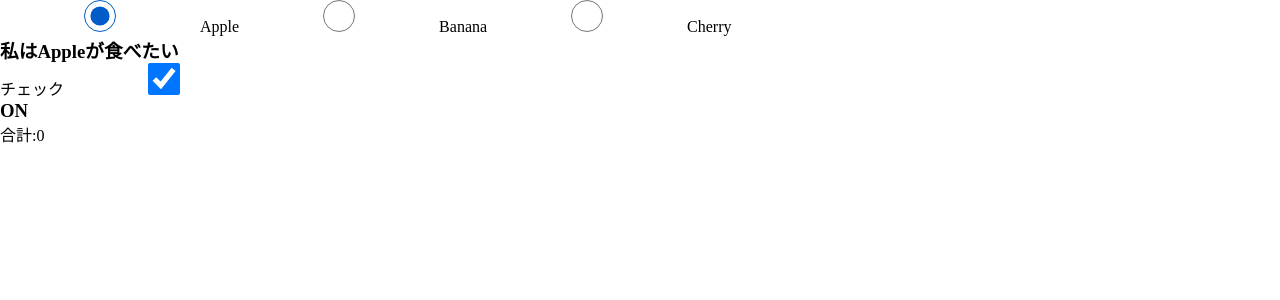
Repository: FujieRyou/react_practice
Page: /
An editor plug-in stored every save of this project. The page is shown before and after the next save, followed by the edit.
The browser window is 1280 px wide. The pictures show the whole page.
The project was rebuilt for these pictures with package versions that can differ from the ones it lists, and the page was loaded fresh each time. Also part of the build but not shown: vite.config.js, src/components/testComponent.jsx, src/components/todoComponent.jsx, src/components/countUp.jsx, src/components/switchFlag.jsx, src/components/props1.jsx, src/components/profile.jsx, src/components/ivent.jsx and 5 more.

Above is the page before, as saved 2023-01-25 04:35:55.

After the next save:
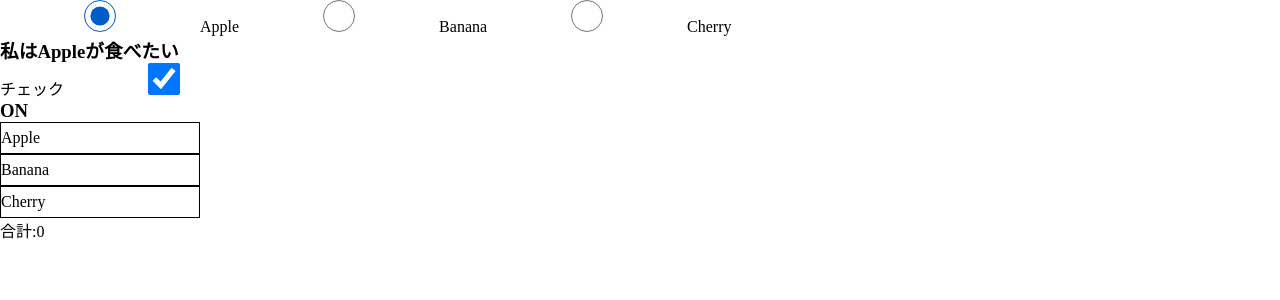
Saved 4 min 22 s later.
--- a/src/components/checkBoxs.jsx
+++ b/src/components/checkBoxs.jsx
@@ -11,6 +11,19 @@ const CheckBoxs = () =>{
 
     return(
         <div>
+            {
+                fruit.map((fruit => {
+                    return(
+                        <div>
+                            <input type="checkeBox"
+                            id={fruit.label}
+                            value={fruit.label}
+                            />
+                            <label htmlFor={fruit.label}></label>
+                        </div>
+                    )
+                }))
+            }
 
             <div>合計:{sum}</div>
         </div>
